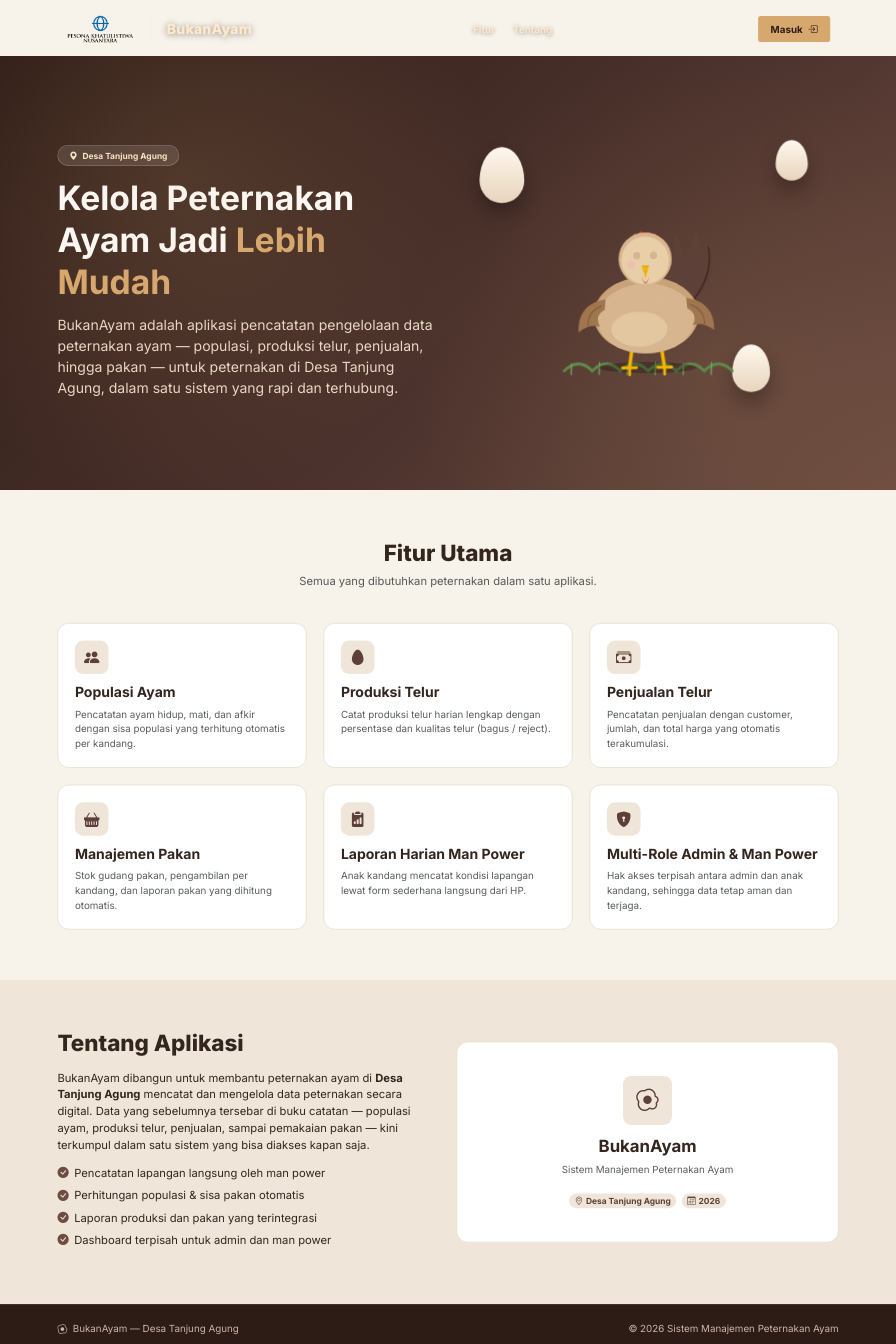
Repository: syafira-nur25/bukanayampart1
Page: http://localhost/
The author's editor kept a copy of each file at every save. The page is drawn from the files as they stood at one save, then again after the next save.
The browser window is 1280 px wide. The pictures show the part of the page from y = 0 to 1920 px (the page is 3212 px tall before and 3278 px after), at 70% of full size.
The page is served by the project's Laravel application, run on PHP 8.4 with Laravel 12. Other server files are loaded and not shown.

Above is the page before, as saved 2026-08-17 13:51:57.

### routes/web.php
<?php

use Illuminate\Support\Facades\Route;
use Illuminate\Support\Facades\Auth;
use App\Http\Controllers\KandangController;
use App\Http\Controllers\PopulasiController;
use App\Http\Controllers\ProduksiTelurController;
use App\Http\Controllers\PenjualanTelurController;
use App\Http\Controllers\PakanKandangController;
use App\Http\Controllers\PemberianPakanController;
use App\Http\Controllers\DashboardController;
use App\Http\Controllers\Manpower\LaporanHarianController;

// LANDING PAGE (publik)
Route::get('/', function () {
    return view('landing');
})->name('landing');

/* ========== KHUSUS ADMIN ========== */
Route::middleware(['auth', 'role:admin'])->group(function () {
    Route::get('/dashboard', [DashboardController::class, 'index'])->name('dashboard');

    Route::resource('kandang', KandangController::class);
    Route::resource('populasi', PopulasiController::class);
    Route::resource('produksi-telur', ProduksiTelurController::class);
    Route::resource('penjualan-telur', PenjualanTelurController::class);
    Route::resource('pemberian-pakan', PemberianPakanController::class);
    Route::resource('pakan-kandang', PakanKandangController::class);

    Route::get('/laporan-pakan', [PakanKandangController::class, 'laporan'])->name('pakan.laporan');
    Route::get('/admin/laporan', [LaporanHarianController::class, 'index'])->name('admin.laporan.index');
});

/* ========== KHUSUS MANPOWER ========== */
Route::middleware(['auth', 'role:manpower'])->group(function () {
    Route::get('/manpower/laporan', [LaporanHarianController::class, 'create'])->name('manpower.laporan.create');
    Route::post('/manpower/laporan', [LaporanHarianController::class, 'store'])->name('manpower.laporan.store');
});

require __DIR__.'/auth.php';

### resources/views/landing.blade.php
<!DOCTYPE html>
<html lang="id">
<head>
<meta charset="UTF-8">
<meta name="viewport" content="width=device-width, initial-scale=1.0">
<title>BukanAyam — Sistem Manajemen Peternakan Ayam | Desa Tanjung Agung</title>
<link href="https://cdn.jsdelivr.net/npm/bootstrap@5.3.3/dist/css/bootstrap.min.css" rel="stylesheet">
<link href="https://cdn.jsdelivr.net/npm/bootstrap-icons@1.11.3/font/bootstrap-icons.css" rel="stylesheet">
<link href="https://fonts.googleapis.com/css2?family=Inter:wght@400;500;600;700;800;900&display=swap" rel="stylesheet">
<style>
:root{
  --coklat-900:#2d1b16; --coklat-800:#3e2723; --coklat-700:#4e342e;
  --coklat-600:#5d4037; --coklat-500:#6d4c41; --coklat-400:#8d6e63;
  --krem:#f7f2ea; --krem-2:#efe6d9; --aksen:#d7a86e;
  --teks-terang:#ffe9c9;
}
html{scroll-behavior:smooth}
body{font-family:'Inter',sans-serif;background:var(--krem);color:#33261f;margin:0}

/* ================= NAVBAR ================= */
.nav-landing{
  position:fixed; top:0; left:0; right:0; z-index:1030;
  background:transparent;
  border-bottom:1px solid transparent;
  transition: background .35s ease, border-color .35s ease, backdrop-filter .35s ease, padding .35s ease;
  padding: 18px 0;
}
.nav-landing .container{padding:0 24px}

.nav-landing .navbar-brand{
  display:flex; align-items:center; gap:10px;
  text-decoration:none;
}
.nav-logo{
  height: 46px;
  width: auto;
  object-fit: contain;
  display: block;
  background: transparent;
  border: none;
  box-shadow: none;
  border-radius: 0;
  padding: 0;
}
.nav-landing.scrolled .nav-logo{ height: 38px; }

.brand-divider{
  width: 1px;
  height: 32px;
  background: currentColor;
  opacity: .25;
  margin: 0 12px;
}

.brand-egg{
  width:40px;height:40px;border-radius:10px;
  background:linear-gradient(135deg,var(--coklat-500),var(--coklat-400));
  display:none;
  align-items:center;justify-content:center;
  color:#ffe9c9;font-size:20px;
  box-shadow: 0 4px 12px rgba(0,0,0,.25);
}
.brand-egg i{display:inline-block;animation:wobble 2.6s ease-in-out infinite}

.brand-text{
  font-weight: 800;
  font-size: 20px;
  letter-spacing: 0.3px;
}

.nav-landing .brand-text,
.nav-landing .navbar-brand{
  color: var(--teks-terang);
  text-shadow: 0 2px 10px rgba(0,0,0,.45);
}
.nav-landing .nav-links a{
  color: var(--teks-terang);
  text-decoration:none;
  font-size:14px;
  font-weight:600;
  margin-left:22px;
  text-shadow: 0 1px 6px rgba(0,0,0,.4);
  transition: color .2s, transform .2s;
  display:inline-block;
}
.nav-landing .nav-links a:hover{
  color: #fff;
  transform: translateY(-1px);
}

.nav-landing.scrolled{
  background: rgba(45, 27, 22, 0.85);
  backdrop-filter: blur(14px) saturate(140%);
  -webkit-backdrop-filter: blur(14px) saturate(140%);
  border-bottom: 1px solid rgba(255,255,255,0.08);
  padding: 10px 0;
  box-shadow: 0 8px 24px rgba(0,0,0,0.18);
}
.nav-landing.scrolled .brand-text{
  color: #fff;
  text-shadow: none;
  transform: scale(.97);
  transform-origin: left center;
  transition: transform .3s ease;
}
.nav-landing.scrolled .nav-links a{
  color: rgba(255,255,255,.9);
  text-shadow: none;
}
.nav-landing.scrolled .nav-links a:hover{ color:#fff; }

.nav-spacer{height:80px}

.btn-cta{background:var(--aksen);color:var(--coklat-900);font-weight:700;border:none;padding:8px 18px}
.btn-cta:hover{background:#c6935a;color:var(--coklat-900)}
.btn-ghost{border:1px solid rgba(255,255,255,.55);color:var(--teks-terang);padding:8px 18px;font-weight:600}
.btn-ghost:hover{background:rgba(255,255,255,.15);color:#fff}

.hero{
  background:linear-gradient(135deg,var(--coklat-900) 0%,var(--coklat-700) 60%,var(--coklat-500) 100%);
  color:#fff;overflow:hidden;position:relative;
  padding: 100px 0 80px;
}
.hero::before{
  content:"";position:absolute;inset:0;
  background: radial-gradient(circle at 20% 30%, rgba(215,168,110,.15), transparent 40%),
              radial-gradient(circle at 80% 70%, rgba(215,168,110,.10), transparent 40%);
  pointer-events:none;
}
.hero-badge{background:rgba(255,255,255,.12);border:1px solid rgba(255,255,255,.25);color:#ffe9c9}

.stage{position:relative;min-height:440px}
.egg{position:absolute;background:linear-gradient(180deg,#fff8ee,#e8d5bd);border-radius:50% 50% 50% 50%/60% 60% 40% 40%;box-shadow:0 16px 28px rgba(0,0,0,.28)}
.egg.s1{width:64px;height:80px;left:6%;top:30px;animation:float 3.2s .3s ease-in-out infinite}
.egg.s2{width:46px;height:58px;right:8%;top:20px;animation:float 3.6s .8s ease-in-out infinite}
.egg.s3{width:54px;height:68px;right:18%;bottom:60px;animation:float 3s 1.2s ease-in-out infinite}

.chicken-wrap{
  position:absolute;left:50%;top:50%;
  transform:translate(-50%,-50%);
  width: 320px; height: 320px;
}
.chicken-wrap svg{width:100%;height:100%;overflow:visible}

.ch-body{transform-origin:50% 100%;animation:bodyBounce 1.4s ease-in-out infinite}
.ch-head{transform-origin:50% 100%;animation:headNod 2s ease-in-out infinite}
.ch-wing-left{transform-origin:90% 30%;animation:flapL 0.9s ease-in-out infinite}
.ch-wing-right{transform-origin:10% 30%;animation:flapR 0.9s ease-in-out infinite}
.ch-tail{transform-origin:50% 80%;animation:tailWag 1.8s ease-in-out infinite}
.ch-comb{transform-origin:50% 100%;animation:combWiggle 1.4s ease-in-out infinite}
.ch-eye{transform-origin:center;animation:blink 4s infinite}
.ch-beak{transform-origin:50% 30%;animation:beakTalk 2.4s ease-in-out infinite}
.ch-egg-drop{transform-origin:center;animation: eggDrop 3.5s ease-in infinite;opacity:0;}
.grass{transform-origin:bottom center;animation:grassSway 3s ease-in-out infinite}

@keyframes bodyBounce{0%,100%{transform:translateY(0) rotate(-1deg)}50%{transform:translateY(-8px) rotate(1deg)}}
@keyframes headNod{0%,100%{transform:translateY(0) rotate(0)}25%{transform:translateY(-3px) rotate(-6deg)}75%{transform:translateY(-1px) rotate(5deg)}}
@keyframes flapL{0%,100%{transform:rotate(-5deg)}50%{transform:rotate(-35deg)}}
@keyframes flapR{0%,100%{transform:rotate(5deg)}50%{transform:rotate(35deg)}}
@keyframes tailWag{0%,100%{transform:rotate(-4deg)}50%{transform:rotate(6deg)}}
@keyframes combWiggle{0%,100%{transform:rotate(0)}50%{transform:rotate(3deg)}}
@keyframes blink{0%, 92%, 100%{transform:scaleY(1)}95%{transform:scaleY(0.1)}}
@keyframes beakTalk{0%,40%,100%{transform:rotate(0)}45%{transform:rotate(8deg)}55%{transform:rotate(-3deg)}65%{transform:rotate(5deg)}}
@keyframes eggDrop{0%{transform:translate(0,0) scale(.6);opacity:0}15%{transform:translate(0,0) scale(.9);opacity:1}70%{transform:translate(-20px,120px) scale(1);opacity:1}90%{transform:translate(-25px,150px) scale(1.05);opacity:.7}100%{transform:translate(-30px,170px) scale(.8);opacity:0}}
@keyframes grassSway{0%,100%{transform:skewX(-2deg)}50%{transform:skewX(3deg)}}
@keyframes float{0%,100%{transform:translateY(0) rotate(-2deg)}50%{transform:translateY(-16px) rotate(2deg)}}
@keyframes wobble{0%,100%{transform:rotate(0)}25%{transform:rotate(-10deg)}75%{transform:rotate(10deg)}}

.section-title{font-weight:800}
.feature-card{background:#fff;border:1px solid #e6dacc;border-radius:16px;padding:24px;height:100%;transition:.2s}
.feature-card:hover{transform:translateY(-4px);box-shadow:0 12px 26px rgba(93,64,55,.14)}
.feature-icon{width:48px;height:48px;border-radius:12px;background:var(--krem-2);color:var(--coklat-600);display:flex;align-items:center;justify-content:center;font-size:22px;margin-bottom:14px}
.about{background:var(--krem-2)}
.check-item i{color:var(--coklat-500)}
footer{background:var(--coklat-900);color:#cbb5a8}

@media (max-width:991px){
  .chicken-wrap{width:240px;height:240px}
  .stage{min-height:340px}
  .nav-landing .nav-links{display:none}
  .brand-text{font-size:17px}
}
</style>
</head>
<body>

<!-- NAVBAR -->
<nav class="nav-landing" id="navLanding">
  <div class="container d-flex align-items-center justify-content-between">
    <a href="{{ url('/') }}" class="navbar-brand">
      <img src="{{ asset('logo.png') }}" alt="Logo Perusahaan" class="nav-logo"
           onerror="this.style.display='none'; this.nextElementSibling.style.display='inline-flex';">
      <span class="brand-egg"><i class="bi bi-egg-fried"></i></span>
      <span class="brand-divider"></span>
      <span class="brand-text">BukanAyam</span>
    </a>

    <div class="nav-links d-none d-md-block">
      <a href="#fitur">Fitur</a>
      <a href="#tentang">Tentang</a>
    </div>

    <div>
      @auth
        <a href="{{ auth()->user()->role === 'admin' ? route('dashboard') : route('manpower.laporan.create') }}" class="btn btn-cta btn-sm">
          Buka Dashboard <i class="bi bi-arrow-right ms-1"></i>
        </a>
      @else
        <a href="{{ route('login') }}" class="btn btn-cta btn-sm">
          Masuk <i class="bi bi-box-arrow-in-right ms-1"></i>
        </a>
      @endauth
    </div>
  </div>
</nav>
<div class="nav-spacer"></div>

<!-- HERO -->
<header class="hero">
  <div class="container">
    <div class="row align-items-center g-4">
      <div class="col-lg-6">
        <span class="badge hero-badge rounded-pill px-3 py-2 mb-3">
          <i class="bi bi-geo-alt-fill me-1"></i> Desa Tanjung Agung
        </span>
        <h1 class="display-5 fw-bold lh-sm mb-3">
          Kelola Peternakan Ayam Jadi <span style="color:var(--aksen)">Lebih Mudah</span>
        </h1>
        <p class="lead mb-4" style="color:#e8d9c8">
          BukanAyam adalah aplikasi pencatatan pengelolaan data peternakan ayam —
          populasi, produksi telur, penjualan, hingga pakan — untuk peternakan di
          Desa Tanjung Agung, dalam satu sistem yang rapi dan terhubung.
        </p>
      </div>

      <div class="col-lg-6 d-none d-lg-block">
        <div class="stage">
          <div class="egg s1"></div>
          <div class="egg s2"></div>
          <div class="egg s3"></div>

          <div class="chicken-wrap">
            <svg viewBox="0 0 320 320" xmlns="http://www.w3.org/2000/svg">
              <g class="grass">
                <path d="M40 290 Q60 270 80 290 Q100 270 120 290 Q140 270 160 290 Q180 270 200 290 Q220 270 240 290 Q260 270 280 290" stroke="#5d8a4a" stroke-width="4" fill="none" stroke-linecap="round"/>
                <path d="M50 295 L50 280 M90 295 L90 278 M130 295 L130 282 M170 295 L170 278 M210 295 L210 280 M250 295 L250 278" stroke="#6fa05a" stroke-width="2" stroke-linecap="round"/>
              </g>
              <ellipse cx="160" cy="285" rx="70" ry="8" fill="rgba(0,0,0,.25)"/>
              <g class="ch-body">
                <g class="ch-tail">
                  <path d="M230 200 Q275 160 270 110 Q255 140 240 155 Q255 120 245 95 Q230 130 220 150 Q225 115 215 100 Q205 140 210 175 Z" fill="#5d4037"/>
                  <path d="M232 195 Q265 160 260 120" stroke="#3e2723" stroke-width="2" fill="none"/>
                </g>
                <g>
                  <line x1="140" y1="250" x2="135" y2="285" stroke="#f4b400" stroke-width="5" stroke-linecap="round"/>
                  <line x1="180" y1="250" x2="185" y2="285" stroke="#f4b400" stroke-width="5" stroke-linecap="round"/>
                  <path d="M125 285 L135 285 L145 285 M135 285 L135 295" stroke="#f4b400" stroke-width="4" stroke-linecap="round" fill="none"/>
                  <path d="M175 285 L185 285 L195 285 M185 285 L185 295" stroke="#f4b400" stroke-width="4" stroke-linecap="round" fill="none"/>
                </g>
                <ellipse cx="160" cy="210" rx="75" ry="55" fill="#c9a27a"/>
                <ellipse cx="160" cy="215" rx="70" ry="50" fill="#d7b58f"/>
                <ellipse cx="150" cy="230" rx="40" ry="25" fill="#e8cfa8" opacity=".7"/>
                <g class="ch-wing-left">
                  <path d="M210 180 Q250 190 245 230 Q230 215 215 220 Q225 205 210 195 Z" fill="#a0764f"/>
                  <path d="M215 190 Q235 200 232 220" stroke="#7d5a3a" stroke-width="1.5" fill="none"/>
                </g>
                <g class="ch-wing-right">
                  <path d="M110 180 Q70 190 75 230 Q90 215 105 220 Q95 205 110 195 Z" fill="#a0764f"/>
                  <path d="M105 190 Q85 200 88 220" stroke="#7d5a3a" stroke-width="1.5" fill="none"/>
                </g>
                <g class="ch-head">
                  <path d="M145 175 Q160 165 175 175 L175 200 L145 200 Z" fill="#d7b58f"/>
                  <g class="ch-comb">
                    <path d="M140 105 Q145 85 150 100 Q155 80 160 100 Q165 82 170 100 Q175 85 180 108 Q165 115 140 110 Z" fill="#d93636"/>
                    <path d="M142 108 Q150 95 160 105 Q170 95 178 108" stroke="#a02020" stroke-width="1" fill="none"/>
                  </g>
                  <circle cx="160" cy="130" r="38" fill="#d7b58f"/>
                  <circle cx="160" cy="132" r="34" fill="#e8cfa8"/>
                  <circle cx="140" cy="138" r="6" fill="#f4b8b8" opacity=".7"/>
                  <g>
                    <circle cx="148" cy="125" r="6" fill="#fff"/>
                    <circle cx="148" cy="125" r="4" fill="#2d1b16"/>
                    <circle cx="149" cy="124" r="1.5" fill="#fff"/>
                    <ellipse class="ch-eye" cx="148" cy="125" rx="6" ry="6" fill="#d7b58f" transform="scaleY(0)"/>
                  </g>
                  <g>
                    <circle cx="172" cy="125" r="6" fill="#fff"/>
                    <circle cx="172" cy="125" r="4" fill="#2d1b16"/>
                    <circle cx="173" cy="124" r="1.5" fill="#fff"/>
                    <ellipse class="ch-eye" cx="172" cy="125" rx="6" ry="6" fill="#d7b58f" transform="scaleY(0)"/>
                  </g>
                  <g class="ch-beak">
                    <path d="M155 140 L165 140 L160 158 Z" fill="#f4b400"/>
                    <path d="M155 140 L165 140" stroke="#c79000" stroke-width="1"/>
                    <path d="M157 148 L163 148" stroke="#c79000" stroke-width=".5"/>
                  </g>
                  <path d="M155 155 Q160 172 165 155 Q163 165 160 165 Q157 165 155 155 Z" fill="#d93636"/>
                </g>
                <g class="ch-egg-drop">
                  <ellipse cx="160" cy="260" rx="10" ry="13" fill="#fff8ee" stroke="#e8d5bd" stroke-width="1"/>
                  <ellipse cx="158" cy="257" rx="3" ry="4" fill="#fff" opacity=".7"/>
                </g>
              </g>
            </svg>
          </div>
        </div>
      </div>
    </div>
  </div>
</header>

<!-- FITUR -->
<section id="fitur" class="py-5">
  <div class="container py-4">
    <div class="text-center mb-5">
      <h2 class="section-title">Fitur Utama</h2>
      <p class="text-muted">Semua yang dibutuhkan peternakan dalam satu aplikasi.</p>
    </div>
    <div class="row g-4">
      <div class="col-md-6 col-lg-4">
        <div class="feature-card">
          <div class="feature-icon"><i class="bi bi-people-fill"></i></div>
          <h5 class="fw-bold">Populasi Ayam</h5>
          <p class="small text-muted mb-0">Pencatatan ayam hidup, mati, dan afkir dengan sisa populasi yang terhitung otomatis per kandang.</p>
        </div>
      </div>
      <div class="col-md-6 col-lg-4">
        <div class="feature-card">
          <div class="feature-icon"><i class="bi bi-egg-fill"></i></div>
          <h5 class="fw-bold">Produksi Telur</h5>
          <p class="small text-muted mb-0">Catat produksi telur harian lengkap dengan persentase dan kualitas telur (bagus / reject).</p>
        </div>
      </div>
      <div class="col-md-6 col-lg-4">
        <div class="feature-card">
          <div class="feature-icon"><i class="bi bi-cash-stack"></i></div>
          <h5 class="fw-bold">Penjualan Telur</h5>
          <p class="small text-muted mb-0">Pencatatan penjualan dengan customer, jumlah, dan total harga yang otomatis terakumulasi.</p>
        </div>
      </div>
      <div class="col-md-6 col-lg-4">
        <div class="feature-card">
          <div class="feature-icon"><i class="bi bi-basket-fill"></i></div>
          <h5 class="fw-bold">Manajemen Pakan</h5>
          <p class="small text-muted mb-0">Stok gudang pakan, pengambilan per kandang, dan laporan pakan yang dihitung otomatis.</p>
        </div>
      </div>
      <div class="col-md-6 col-lg-4">
        <div class="feature-card">
          <div class="feature-icon"><i class="bi bi-clipboard2-data-fill"></i></div>
          <h5 class="fw-bold">Laporan Harian Man Power</h5>
          <p class="small text-muted mb-0">Anak kandang mencatat kondisi lapangan lewat form sederhana langsung dari HP.</p>
        </div>
      </div>
      <div class="col-md-6 col-lg-4">
        <div class="feature-card">
          <div class="feature-icon"><i class="bi bi-shield-lock-fill"></i></div>
          <h5 class="fw-bold">Multi-Role Admin & Man Power</h5>
          <p class="small text-muted mb-0">Hak akses terpisah antara admin dan anak kandang, sehingga data tetap aman dan terjaga.</p>
        </div>
      </div>
    </div>
  </div>
</section>

<!-- TENTANG -->
<section id="tentang" class="about py-5">
  <div class="container py-4">
    <div class="row align-items-center g-4">
      <div class="col-lg-6">
        <h2 class="section-title mb-3">Tentang Aplikasi</h2>
        <p class="mb-3">
          BukanAyam dibangun untuk membantu peternakan ayam di
          <strong>Desa Tanjung Agung</strong> mencatat dan mengelola data peternakan
          secara digital. Data yang sebelumnya tersebar di buku catatan — populasi
          ayam, produksi telur, penjualan, sampai pemakaian pakan — kini terkumpul
          dalam satu sistem yang bisa diakses kapan saja.
        </p>
        <ul class="list-unstyled mb-0">
          <li class="check-item mb-2"><i class="bi bi-check-circle-fill me-2"></i>Pencatatan lapangan langsung oleh man power</li>
          <li class="check-item mb-2"><i class="bi bi-check-circle-fill me-2"></i>Perhitungan populasi & sisa pakan otomatis</li>
          <li class="check-item mb-2"><i class="bi bi-check-circle-fill me-2"></i>Laporan produksi dan pakan yang terintegrasi</li>
          <li class="check-item mb-2"><i class="bi bi-check-circle-fill me-2"></i>Dashboard terpisah untuk admin dan man power</li>
        </ul>
      </div>
      <div class="col-lg-6">
        <div class="feature-card text-center p-5">
          <div class="feature-icon mx-auto" style="width:70px;height:70px;font-size:32px">
            <i class="bi bi-egg-fried"></i>
          </div>
          <h4 class="fw-bold mt-3">BukanAyam</h4>
          <p class="text-muted small mb-4">Sistem Manajemen Peternakan Ayam</p>
          <div class="d-flex justify-content-center gap-2 flex-wrap">
            <span class="badge rounded-pill" style="background:var(--krem-2);color:var(--coklat-600)">
              <i class="bi bi-geo-alt me-1"></i>Desa Tanjung Agung
            </span>
            <span class="badge rounded-pill" style="background:var(--krem-2);color:var(--coklat-600)">
              <i class="bi bi-calendar3 me-1"></i>{{ date('Y') }}
            </span>
          </div>
        </div>
      </div>
    </div>
  </div>
</section>

<footer class="py-4">
  <div class="container d-flex flex-wrap justify-content-between gap-2 small">
    <span><i class="bi bi-egg-fried me-1"></i> BukanAyam — Desa Tanjung Agung</span>
    <span>© {{ date('Y') }} Sistem Manajemen Peternakan Ayam</span>
  </div>
</footer>

<script src="https://cdn.jsdelivr.net/npm/bootstrap@5.3.3/dist/js/bootstrap.bundle.min.js"></script>
<script>
  const nav = document.getElementById('navLanding');
  function onScroll(){
    if (window.scrollY > 30) nav.classList.add('scrolled');
    else nav.classList.remove('scrolled');
  }
  window.addEventListener('scroll', onScroll, { passive: true });
  onScroll();
</script>

{{-- ===== ANIMASI KURSOR AYAM (dari file partial) ===== --}}
@include('partials.cursor-animation')
</body>
</html>

Loaded but not shown: routes/auth.php (common file); app/Http/Controllers/Auth/EmailVerificationPromptController.php (common file); app/Http/Controllers/Controller.php (common file); app/Http/Controllers/Auth/VerifyEmailController.php (common file); resources/views/partials/cursor-animation.blade.php (161 lines, source omitted)

After the next save:
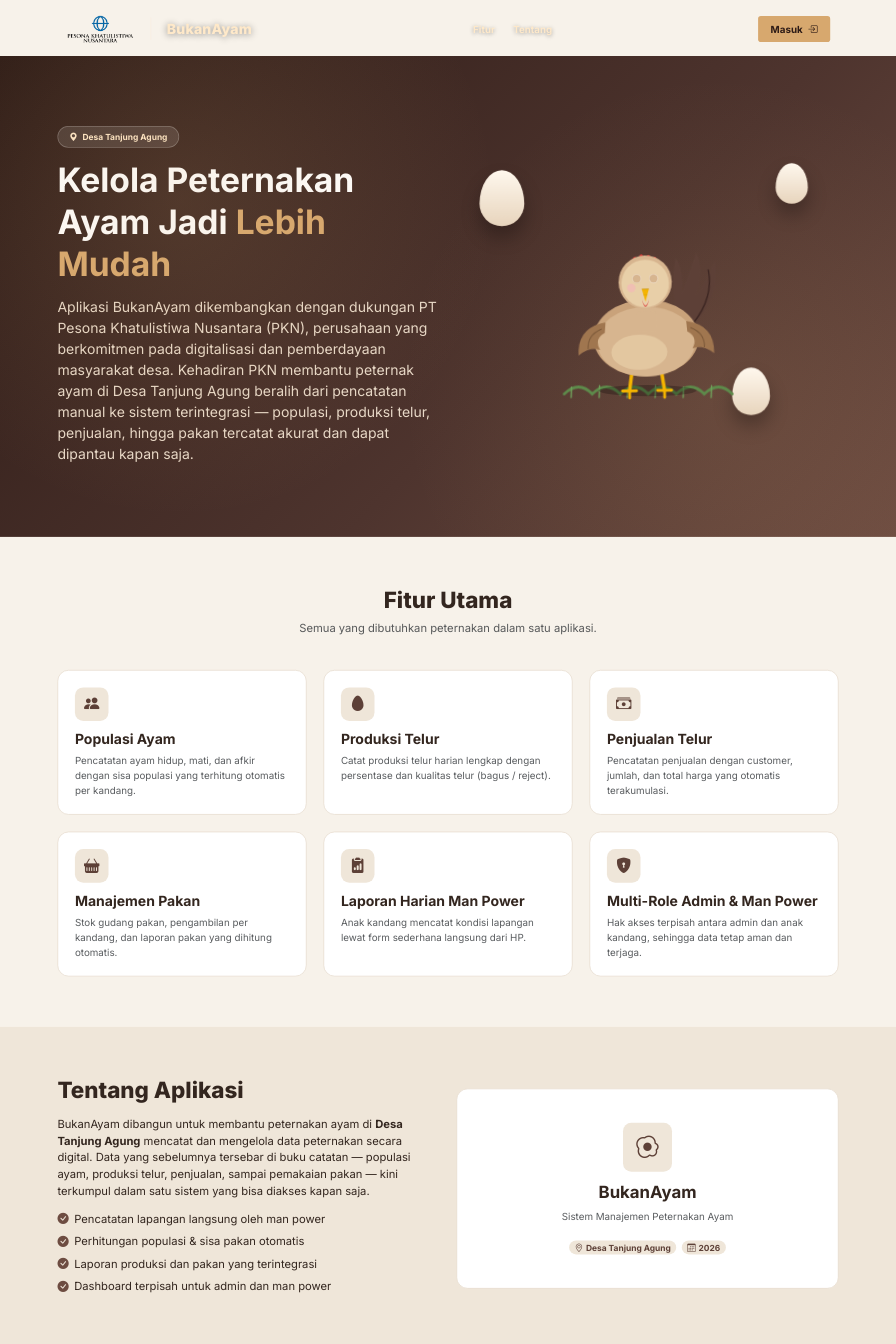
Saved 7 h 20 min later.
--- a/resources/views/landing.blade.php
+++ b/resources/views/landing.blade.php
@@ -227,9 +227,7 @@
           Kelola Peternakan Ayam Jadi <span style="color:var(--aksen)">Lebih Mudah</span>
         </h1>
         <p class="lead mb-4" style="color:#e8d9c8">
-          BukanAyam adalah aplikasi pencatatan pengelolaan data peternakan ayam —
-          populasi, produksi telur, penjualan, hingga pakan — untuk peternakan di
-          Desa Tanjung Agung, dalam satu sistem yang rapi dan terhubung.
+         Aplikasi BukanAyam dikembangkan dengan dukungan PT Pesona Khatulistiwa Nusantara (PKN), perusahaan yang berkomitmen pada digitalisasi dan pemberdayaan masyarakat desa. Kehadiran PKN membantu peternak ayam di Desa Tanjung Agung beralih dari pencatatan manual ke sistem terintegrasi — populasi, produksi telur, penjualan, hingga pakan tercatat akurat dan dapat dipantau kapan saja.
         </p>
       </div>
 
